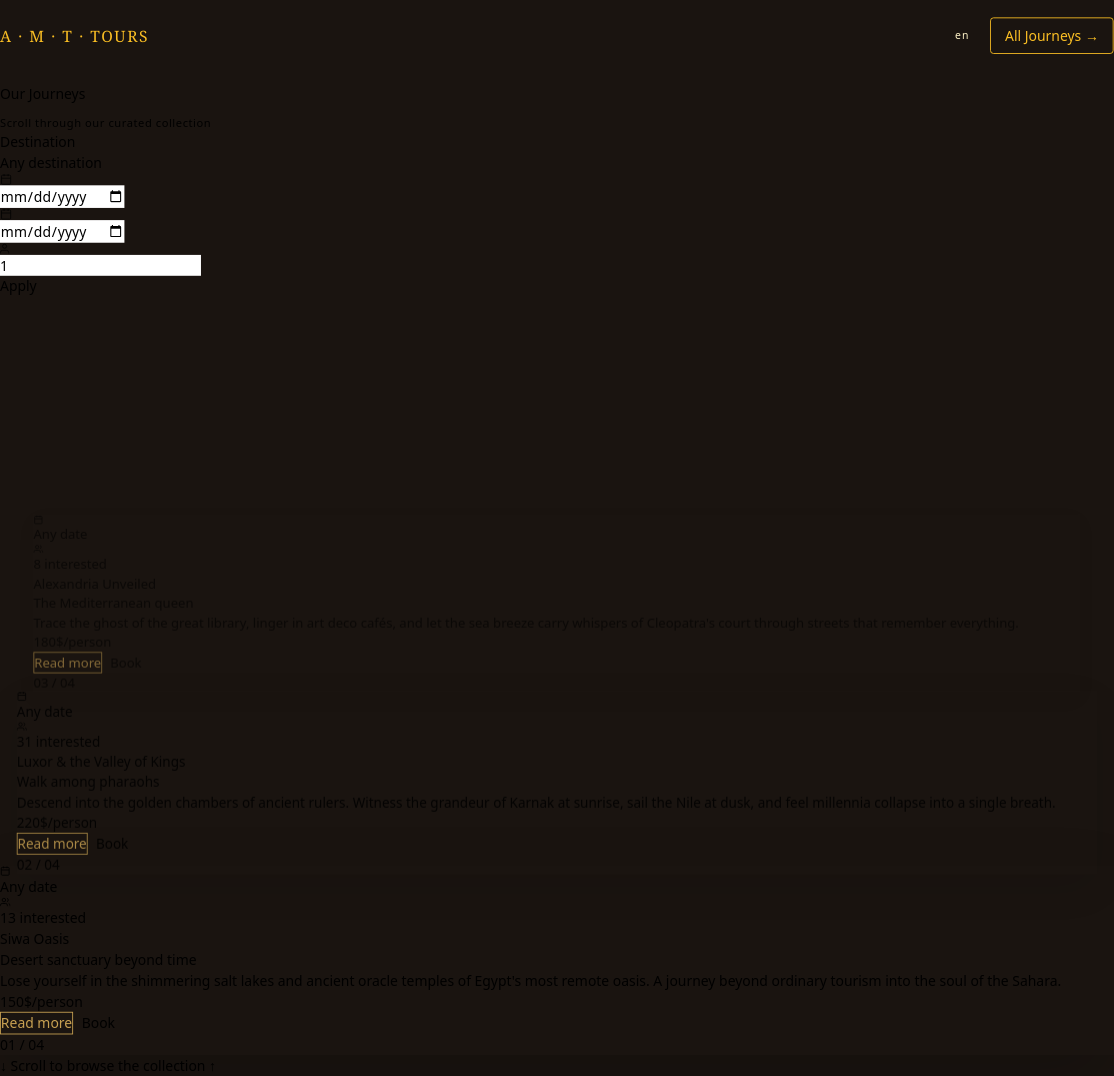
Repository: omaralhusseni/amt
Page: /tours
These files come from the project's save history. The page is drawn as it stood at one moment and after the next save; the edit follows.
The browser window is 1280 px wide. The pictures show the whole page, at 87% of full size.
Pictures or frames that could not be fetched are drawn as grey boxes. The project was rebuilt for these pictures with package versions that can differ from the ones it lists, and the page was loaded fresh each time. Also part of the build but not shown: vite.config.js, src/components/LandingPage.jsx, src/components/TourDetailPage.jsx, src/components/BookingPage.jsx.

Above is the page before, as saved 2026-05-29 23:25:59.

After the next save:
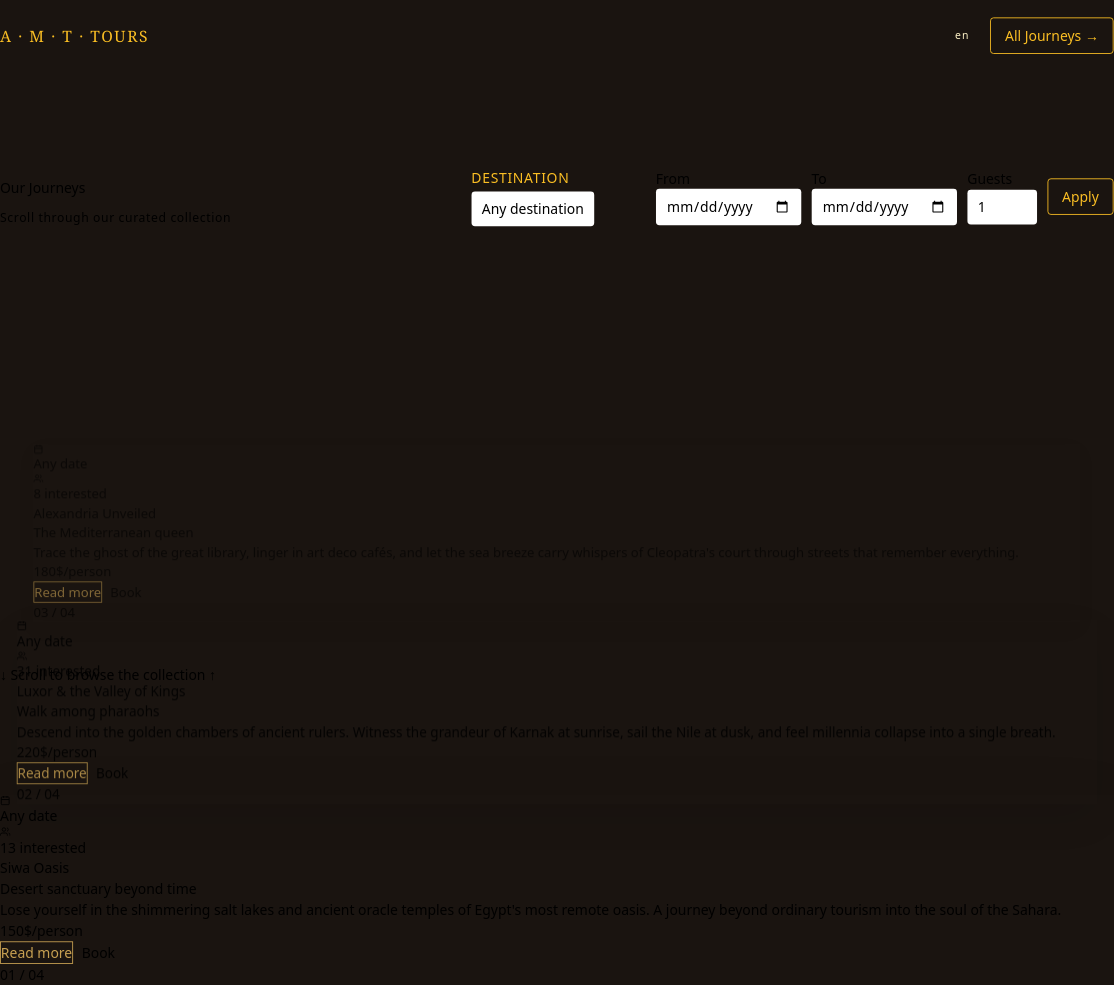
Saved 25 s later.
--- a/src/components/ToursPage.jsx
+++ b/src/components/ToursPage.jsx
@@ -113,66 +113,49 @@ export default function ToursPage() {
   }, [filteredTours]);
 
   return (
-    <section className="tours-page page" id="tours">
-      <div className="tours-header fade-up fade-up-1">
+    <section id="tours" style={{ background: 'var(--sand-light)' }} className="min-h-screen pt-24 relative">
+      <div className="flex items-end justify-between" style={{ padding: '40px var(--page-pad) 60px' }}>
         <div>
           <h2 className="tours-heading">
             Our <span>Journeys</span>
           </h2>
-          <p style={{ marginTop: 12, fontSize: "0.8rem", color: "var(--text-muted)", letterSpacing: "0.05em" }}>
+          <p className="mt-3 text-sm text-[var(--text-muted)]" style={{ letterSpacing: '0.05em' }}>
             Scroll through our curated collection
           </p>
         </div>
-        <div className="filter-bar">
-          <div className="date-input" style={{ minWidth: 200 }}>
-            <label className="search-label">Destination</label>
-            <DestinationSelect
-              options={DEST_OPTIONS}
-              selected={selectedDestinations}
-              onChange={setSelectedDestinations}
-              buttonClass="booking-input"
-              dropdownZ={99999}
-            />
+        <div className="flex items-center gap-3">
+          <div className="flex flex-col min-w-[200px]">
+            <label className="text-xxs text-amber-400 uppercase tracking-wider mb-1">Destination</label>
+            <DestinationSelect options={DEST_OPTIONS} selected={selectedDestinations} onChange={setSelectedDestinations} buttonClass="px-3 py-2 rounded bg-white" dropdownZ={99999} />
           </div>
-          <div className="date-input">
-            <svg width="14" height="14" viewBox="0 0 24 24" fill="none" stroke="currentColor" strokeWidth="1.5">
-              <rect x="3" y="4" width="18" height="18" rx="2" />
-              <line x1="16" y1="2" x2="16" y2="6" />
-              <line x1="8" y1="2" x2="8" y2="6" />
-              <line x1="3" y1="10" x2="21" y2="10" />
-            </svg>
-            <input className="booking-input" type="date" value={from} onChange={(e) => setFrom(e.target.value)} />
-          </div>
-          <div className="date-input">
-            <svg width="14" height="14" viewBox="0 0 24 24" fill="none" stroke="currentColor" strokeWidth="1.5">
-              <rect x="3" y="4" width="18" height="18" rx="2" />
-              <line x1="16" y1="2" x2="16" y2="6" />
-              <line x1="8" y1="2" x2="8" y2="6" />
-              <line x1="3" y1="10" x2="21" y2="10" />
-            </svg>
-            <input className="booking-input" type="date" value={to} onChange={(e) => setTo(e.target.value)} />
-          </div>
-          <div className="date-input">
-            <svg width="14" height="14" viewBox="0 0 24 24" fill="none" stroke="currentColor" strokeWidth="1.5">
-              <path d="M17 21v-2a4 4 0 0 0-4-4H5a4 4 0 0 0-4 4v2" />
-              <circle cx="9" cy="7" r="4" />
-            </svg>
-            <input className="booking-input" type="number" min="1" value={guests} onChange={(e) => setGuests(e.target.value)} />
-          </div>
-          <div className="filter-actions">
-            <button className="nav-btn" onClick={() => {
-              const params = new URLSearchParams();
-              if (selectedDestinations && selectedDestinations.length) params.set("dest", selectedDestinations.join(','));
-              if (from) params.set("from", from);
-              if (to) params.set("to", to);
-              if (guests) params.set("guests", guests);
-              navigate(`/tours?${params.toString()}`);
-            }}>Apply</button>
+          <div className="flex items-center gap-3">
+            <div className="flex flex-col">
+              <label className="text-xxs text-[var(--text-muted)]">From</label>
+              <input className="px-3 py-2 rounded" type="date" value={from} onChange={(e) => setFrom(e.target.value)} />
+            </div>
+            <div className="flex flex-col">
+              <label className="text-xxs text-[var(--text-muted)]">To</label>
+              <input className="px-3 py-2 rounded" type="date" value={to} onChange={(e) => setTo(e.target.value)} />
+            </div>
+            <div className="flex flex-col">
+              <label className="text-xxs text-[var(--text-muted)]">Guests</label>
+              <input className="px-3 py-2 rounded w-20" type="number" min="1" value={guests} onChange={(e) => setGuests(e.target.value)} />
+            </div>
+            <div className="flex items-end">
+              <button className="border border-amber-400 text-amber-400 px-4 py-2 rounded" onClick={() => {
+                const params = new URLSearchParams();
+                if (selectedDestinations && selectedDestinations.length) params.set("dest", selectedDestinations.join(','));
+                if (from) params.set("from", from);
+                if (to) params.set("to", to);
+                if (guests) params.set("guests", guests);
+                navigate(`/tours?${params.toString()}`);
+              }}>Apply</button>
+            </div>
           </div>
         </div>
       </div>
 
-      <div ref={containerRef} className="deck-container">
+      <div ref={containerRef} className="relative" style={{ marginLeft: 'var(--page-pad)', marginRight: 'var(--page-pad)', height: 'min(70vh,680px)' }}>
         {filteredTours.length === 0 ? (
           <div style={{ padding: 40, textAlign: "center", color: "var(--dark)" }}>No journeys match your filters.</div>
         ) : (
